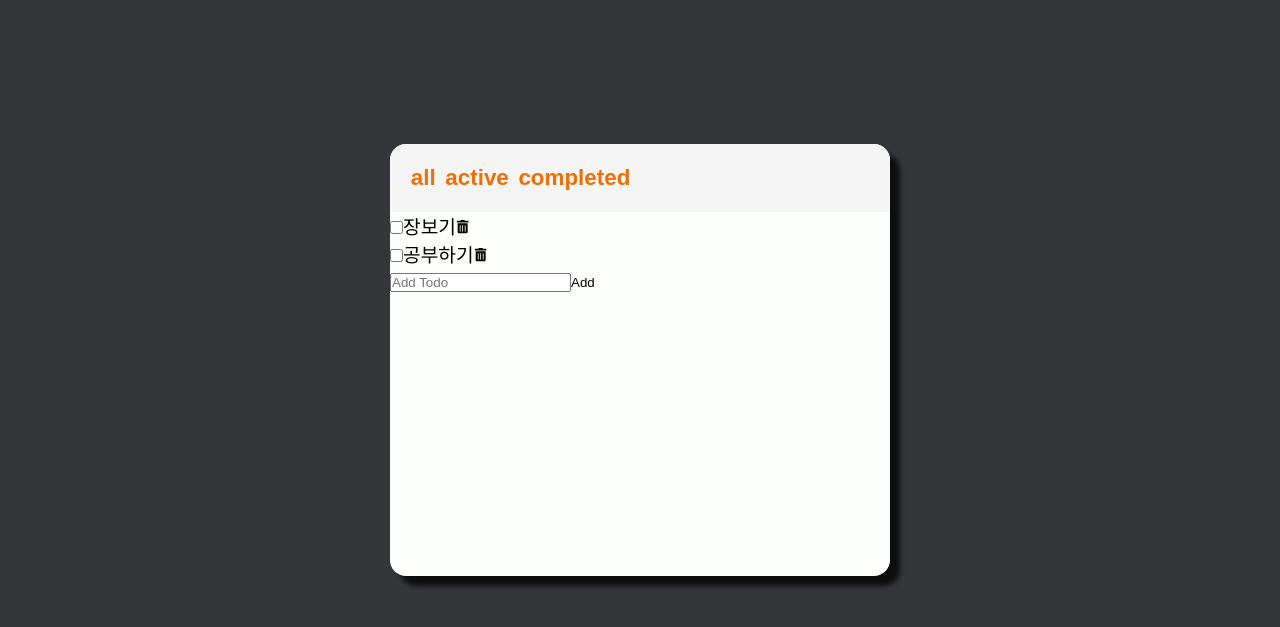
Repository: MrJinkyu/TodoList
Page: /
The author's editor kept a copy of each file at every save. The page is drawn from the files as they stood at one save, then again after the next save.
The browser window is 1280 px wide. The pictures show the whole page.
The project was rebuilt for these pictures with package versions that can differ from the ones it lists, and the page was loaded fresh each time.

Above is the page before, as saved 2023-05-01 14:40:05.

### src/index.css
:root{
  --color-body: #35363A;
  --color-bg-dark:#f5f5f5;
  --color-bg: #fdfffd;
  --color-grey: #d1d1d1;
  --color-text: #22243b;
  --color-accent: #f16e03;
  --color-white: white;
  --color-scrollbar: #aaa7a7;
}

*{
  box-sizing: border-box;
  padding: 0;
  margin: 0;
}

button{
  border: none;
  outline: none;
  cursor: pointer;
  background-color: transparent;
}

ul,li{
  list-style: none;
}

body {
  margin: 0;
  font-family: -apple-system, BlinkMacSystemFont, 'Segoe UI', 'Roboto', 'Oxygen',
    'Ubuntu', 'Cantarell', 'Fira Sans', 'Droid Sans', 'Helvetica Neue',
    sans-serif;
  -webkit-font-smoothing: antialiased;
  -moz-osx-font-smoothing: grayscale;
  width: 100vw;
  height: 100vh;
  display: flex;
  justify-content: center;
  align-items: center;
  background-color: var(--color-body);
  font-size: 1.2rem;
  accent-color: var(--color-accent);
}

#root{
  overflow: hidden;
  display: flex;
  flex-direction: column;
  width: 100%;
  height: 60%;
  max-width: 500px;
  background-color: var(--color-bg);
  border-radius: 1rem;
  box-shadow: 10px 10px 5px 0px rgba(0,0,0,0.75);
-webkit-box-shadow: 10px 10px 5px 0px rgba(0,0,0,0.75);
-moz-box-shadow: 10px 10px 5px 0px rgba(0,0,0,0.75);
}

code {
  font-family: source-code-pro, Menlo, Monaco, Consolas, 'Courier New',
    monospace;
}

### src/App.js
import { useState } from "react";
import TodoList from "./components/TodoList";
import Header from "./components/Header";

const filters = ['all', 'active', 'completed'];
function App() {
  const [filter, setFilter] = useState(filters[0]);
  return (
    <>
      <Header filters={filters} filter={filter} onFilterChange={setFilter}/>
      <TodoList filter={filter}/>
    </>
  );
}

export default App;

### src/components/TodoList.jsx
import React, { useState } from 'react';
import {v4 as uuidv4} from 'uuid';
import AddTodo from './AddTodo';
import Todo from './Todo';

export default function TodoList({filter}) {
    const [todos, setTodos] = useState([
        { id: uuidv4(), text: '장보기', status: 'active' },
        { id: uuidv4(), text: '공부하기', status: 'active' }
    ]);
    const handleAdd = (todo) => {
        setTodos([...todos, todo]);
    }
    const handleUpdate = (updated) => {
        setTodos(todos.map((todo) => todo.id === updated.id ? updated : todo));
    }
    const handleDelete = (deleted) => {
        setTodos(todos.filter((todo) => todo.id !== deleted.id));
    }
    const filtered = getFilteredItems(todos, filter);
    return (
        <section>
            <ul>
                {filtered.map((item) => (
                    <Todo
                        key={item.id}
                        todo={item}
                        onUpdate={handleUpdate}
                        onDelete={handleDelete}
                    />
                ))}
            </ul>
            <AddTodo onAdd={handleAdd}/>
        </section>
    );
}

function getFilteredItems(todos, filter){
    if(filter === 'all'){
        return todos;
    }
    return todos.filter((todo) => todo.status === filter);
}

### src/components/Header.jsx
import React from 'react';
import styles from './Header.module.css';

export default function Header({filters, filter, onFilterChange}) {
    return (
        <header className={styles.header}>
            <ul className={styles.filters}>
                {filters.map((value,index) => (
                    <li key={index}>
                        <button
                            onClick={() => onFilterChange(value)}
                            className={styles.filter}
                        >
                            {value}
                        </button>
                    </li>
                ))}
            </ul>
        </header>
    );
}

### src/components/AddTodo.jsx
import React, { useState } from 'react';
import {v4 as uuidv4} from 'uuid';

export default function AddTodo({onAdd}) {
    const [text, setText] = useState('');
    const handleChange = (e) => {
        setText(e.target.value);
    }
    const handleSubmit = (e) => {
        e.preventDefault();
        if(text.trim().length === 0){
            return ;
        }
        onAdd({ id: uuidv4(), text, status: 'active' });
        setText('');
    }
    return (
        <form onSubmit={handleSubmit}>
            <input
                type="text"
                value={text}
                onChange={handleChange}
                placeholder='Add Todo'
            />
            <button>Add</button>
        </form>
    );
}

### src/components/Todo.jsx
import React from 'react';
import { FaTrashAlt } from 'react-icons/fa';

export default function Todo({todo, onUpdate, onDelete}) {
    const { id, text, status } = todo;
    const handleChange = (e) => {
        const status = e.target.checked ? 'completed' : 'active';
        onUpdate({...todo, status});
    }
    return (
        <li>
            <input
                type="checkbox"
                name="checkbox"
                id={id}
                checked={status === 'completed'}
                onChange={handleChange}
            />
            <label htmlFor={id}>{text}</label>
            <span>
                <button onClick={() => onDelete(todo)}>
                    <FaTrashAlt/>
                </button>
            </span>
        </li>
    );
}

### src/components/Header.module.css
.header{
    background-color: var(--color-bg-dark);
    display: flex;
    justify-content: space-between;
    align-items: center;
    padding: 1rem;
}

.filters{
    display: flex;
}

.filter{
    margin: 0.3rem;
    font-size: 1.4rem;
    color: var(--color-accent);
    font-weight: bold;
}

Loaded but not shown: public/index.html (common file); src/index.js (common file); src/reportWebVitals.js (common file)

After the next save:
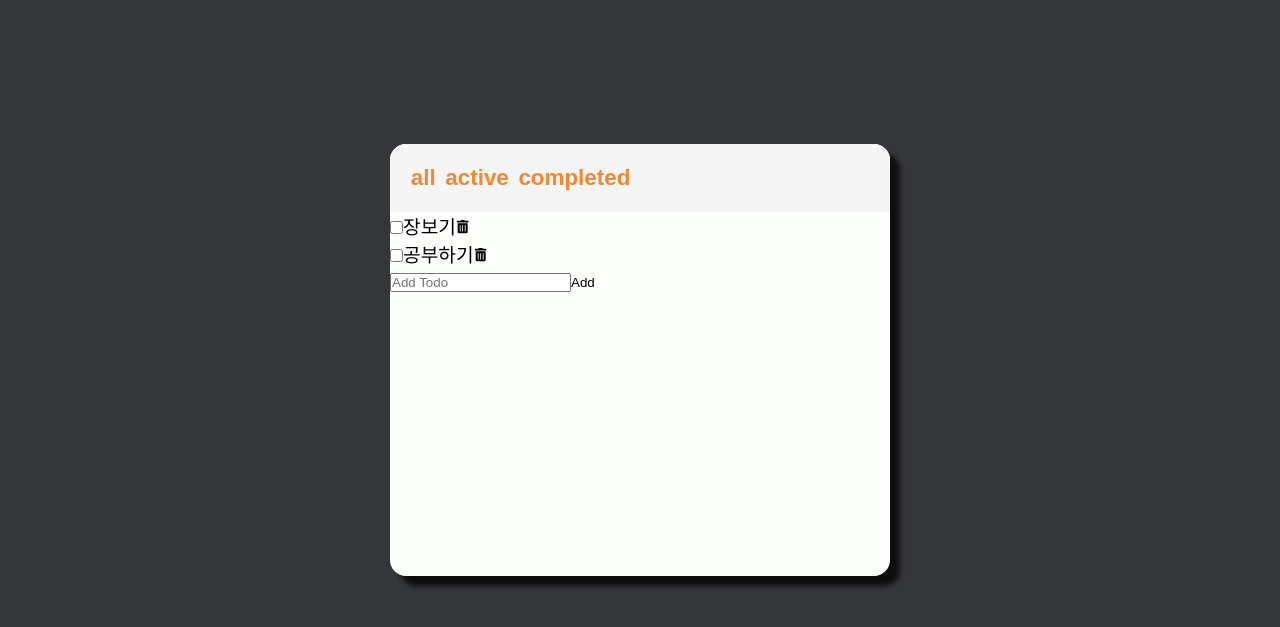
Saved 10 s later.
--- a/src/components/Header.module.css
+++ b/src/components/Header.module.css
@@ -15,4 +15,5 @@
     font-size: 1.4rem;
     color: var(--color-accent);
     font-weight: bold;
+    opacity: 0.8;
 }
